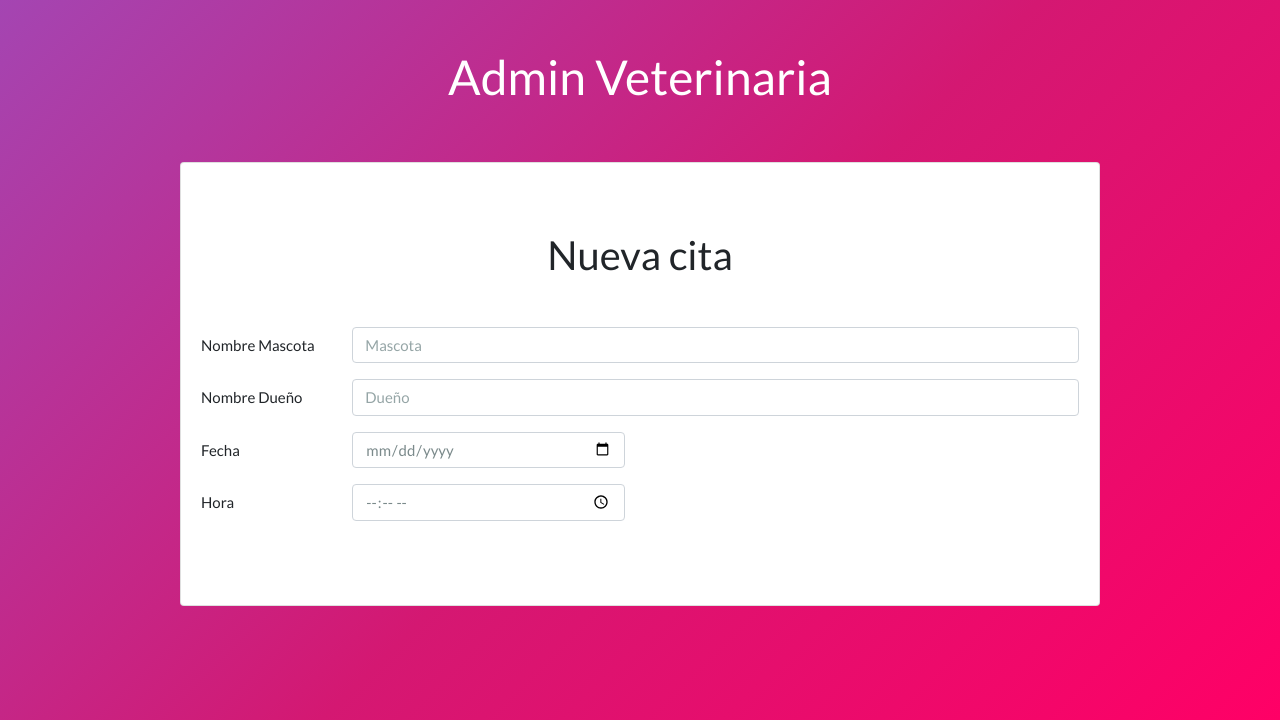
Repository: ppfeliuu/Veterinaria
Page: /
These files come from the project's save history. The page is drawn as it stood at one moment and after the next save; the edit follows.
The browser window is 1280 px wide. The pictures show the whole page.
The project was rebuilt for these pictures with package versions that can differ from the ones it lists, and the page was loaded fresh each time.

Above is the page before, as saved 2019-06-17 17:14:09.

### src/index.css
/* body {
  margin: 0;
  font-family: -apple-system, BlinkMacSystemFont, "Segoe UI", "Roboto", "Oxygen",
    "Ubuntu", "Cantarell", "Fira Sans", "Droid Sans", "Helvetica Neue",
    sans-serif;
  -webkit-font-smoothing: antialiased;
  -moz-osx-font-smoothing: grayscale;
}

code {
  font-family: source-code-pro, Menlo, Monaco, Consolas, "Courier New",
    monospace;
}
 */

 html {
  min-height: 100%;
}
body {
  margin: 0;
  padding: 0;
  font-family: sans-serif;
  background-image: linear-gradient(-225deg, #A445B2 0%, #D41872 52%, #FF0066 100%);
  min-height: 100%;
  padding-bottom: 5rem;
}

header {
  margin-top: 3rem;
}
header h1 {
  color: white;
}
.lista-citas .media {
  border-bottom: 1px solid #e1e1e1;
  padding-bottom: 3rem;
}

.lista-citas .media:last-of-type{
  border-bottom: 0;
}
.lista-citas .media-body p {
  margin:0;
}
.lista-citas .media-body button {
  margin-top: 1rem!important;
}
.lista-citas .media-body span {
  font-weight: bold;
}
.col-form-label {
  font-size: 12px;
}

### src/App.js
import React, { Component } from 'react';
import './bootstrap.min.css'
import Header from './components/Header';
import NuevaCita from './components/NuevaCita'

class App extends Component {

  state = {}

  render() {
    return(
      <div class="container">
        <Header
          titulo='Admin Veterinaria' />

        <div  className="row">
          <div className="col-md-10 mx-auto">
            <NuevaCita />
          </div>
        </div>
      </div>
    );
  }
}

export default App;

### src/components/Header.js
import React from 'react';

const Header = ({titulo}) => (
    <header>
        <h1 className="text-center">{titulo}</h1>
    </header>
);

export default Header;

### src/components/NuevaCita.js
import React,{ Component } from 'react';

class NuevaCita extends Component {


    state = {  }


    render() {
        return (
            <div className="card mt-5 py-5">
                <div className="card-body">
                    <h2 className="card-title text-center mb-5">
                        Nueva cita
                    </h2>

                    <form>
                        <div class="form-group row">
                          <label className="col-sm-4 col-lg-2 col-form-label">Nombre Mascota</label>
                          <div className="col-sm-8 col-lg-10">
                            <input
                                type="text"
                                name="mascota"
                                id=""
                                className="form-control"
                                placeholder="Mascota" />
                          </div>
                        </div>

                        <div class="form-group row">
                          <label className="col-sm-4 col-lg-2 col-form-label">Nombre Dueño</label>
                          <div className="col-sm-8 col-lg-10">
                            <input
                                type="text"
                                name="propietario"
                                id=""
                                className="form-control"
                                placeholder="Dueño" />
                          </div>
                        </div>

                        <div class="form-group row">
                          <label className="col-sm-4 col-lg-2 col-form-label">Fecha</label>
                          <div className="col-sm-8 col-lg-4">
                            <input
                                type="date"
                                name="fecha"
                                id=""
                                className="form-control"
                                placeholder="Mascota" />
                          </div>
                        </div>

                        <div class="form-group row">
                          <label className="col-sm-4 col-lg-2 col-form-label">Hora</label>
                          <div className="col-sm-8 col-lg-4">
                            <input
                                type="time"
                                name="hora"
                                id=""
                                className="form-control"
                                placeholder="Mascota" />
                          </div>
                        </div>
                    </form>
                </div>
            </div>
         );
    }
}

export default NuevaCita;

Loaded but not shown: public/index.html (common file); src/index.js (common file); src/serviceWorker.js (common file); src/bootstrap.min.css (library)

After the next save:
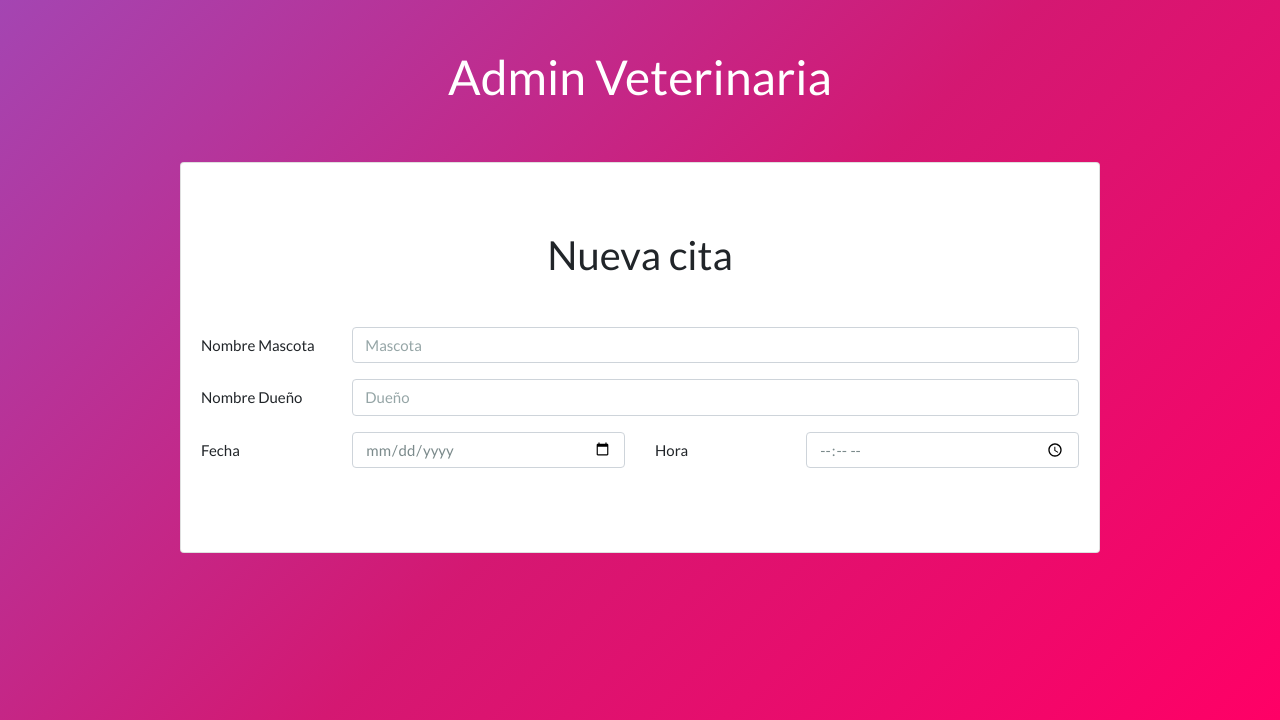
Saved 11 s later.
--- a/src/components/NuevaCita.js
+++ b/src/components/NuevaCita.js
@@ -49,9 +49,7 @@ class NuevaCita extends Component {
                                 className="form-control"
                                 placeholder="Mascota" />
                           </div>
-                        </div>
 
-                        <div class="form-group row">
                           <label className="col-sm-4 col-lg-2 col-form-label">Hora</label>
                           <div className="col-sm-8 col-lg-4">
                             <input
